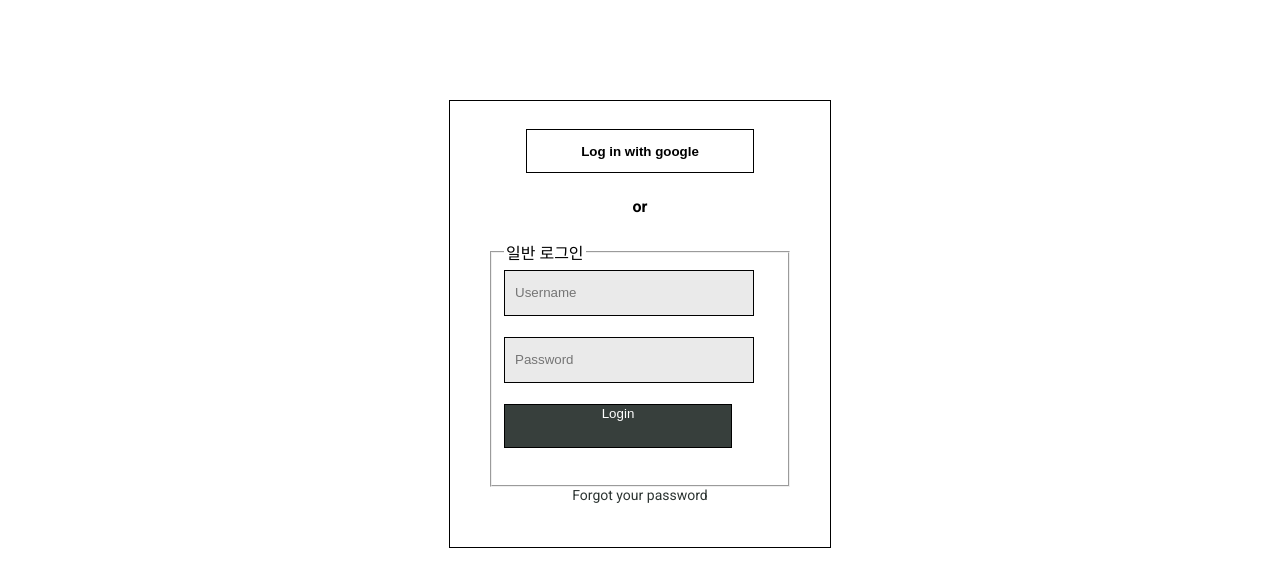
Repository: ggandory/CODE
Page: 6/login/index.html
The author's editor kept a copy of each file at every save. The page is drawn from the files as they stood at one save, then again after the next save.
The browser window is 1280 px wide. The pictures show the whole page.

Above is the page before, as saved 2024-02-07 00:06:27.

### 6/login/index.html
<!DOCTYPE html>
<html lang="en">
  <head>
    <meta charset="UTF-8" />
    <meta name="viewport" content="width=device-width, initial-scale=1.0" />
    <title>Login</title>
    <link rel="stylesheet" href="style.css" />
  </head>
  <body>
    <form action="#" class="login">
      <div class="top" name="login">
        <button type="button">Log in with google</button>
      </div>
      <p>or</p>
      <fieldset>
        <legend>일반 로그인</legend>
        <label for="username">
          <input
            type="text"
            id="username"
            name="username"
            placeholder="Username"
          />
        </label>
        <lable for="password">
          <input
            type="password"
            id="password"
            name="password"
            placeholder="Password"
          />
        </lable>
        <button type="submit" class="submit">Login</button>
      </fieldset>
      <a href="https://roadmap.sh/">Forgot your password</a>
    </form>
  </body>
</html>

### 6/login/style.css
@import url("https://fonts.googleapis.com/css2?family=Roboto:wght@400;700&display=swap");
form {
  width: 304px;
  height: 390px;
  padding: 28px 38px;
  border: 1px solid #000;
  margin: 100px auto;
  display: flex;
  flex-direction: column;
  align-items: center;
}
body {
  font-family: "Roboto", sans-serif;
}
.login button {
  width: 228px;
  height: 44px;
  border: 1px solid #000;
  background-color: white;
  font-weight: bold;
}
.login input {
  width: 228px;
  height: 44px;
  border: 1px solid #000;
  padding: 0 10px;
  margin-bottom: 21px;
  background-color: #eaeaea;
}
.login p {
  margin: 24px 0;
  font-size: 16px;
  font-weight: bold;
  text-align: center;
}
.login .submit {
  background-color: #373f3c;
  color: white;
  margin-bottom: 27px;
  font-weight: normal;
  display: flex;
  flex-direction: column;
  align-items: center;
}
.login a {
  text-decoration: none;
  color: #2c3432;
  font-size: 14px;
  text-align: center;
  display: block;
}

After the next save:
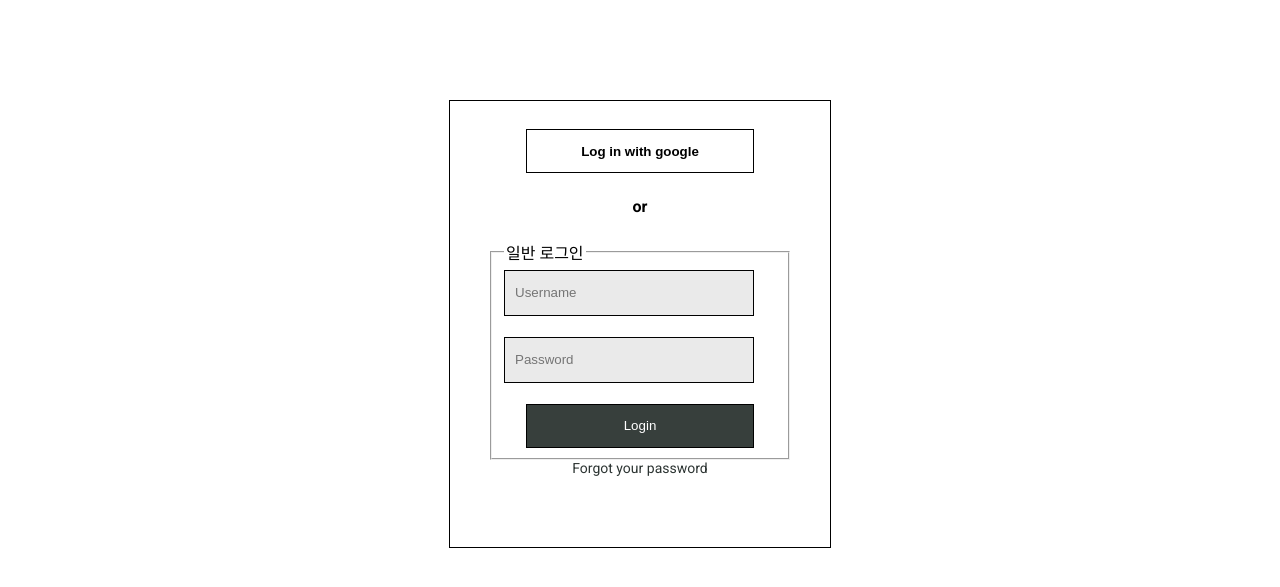
Saved 73 s later.
--- a/6/login/style.css
+++ b/6/login/style.css
@@ -36,11 +36,12 @@ body {
 .login .submit {
   background-color: #373f3c;
   color: white;
-  margin-bottom: 27px;
+  width: 228px; /* 버튼 너비 조정 */
+  height: 44px; /* 버튼 높이 조정 */
+  border: 1px solid #000;
+  margin: 0 auto; /* 수평 가운데 정렬을 위해 margin 속성 추가 */
+  display: block; /* 블록 수준 요소로 설정하여 수평 가운데 정렬을 적용 */
   font-weight: normal;
-  display: flex;
-  flex-direction: column;
-  align-items: center;
 }
 .login a {
   text-decoration: none;
